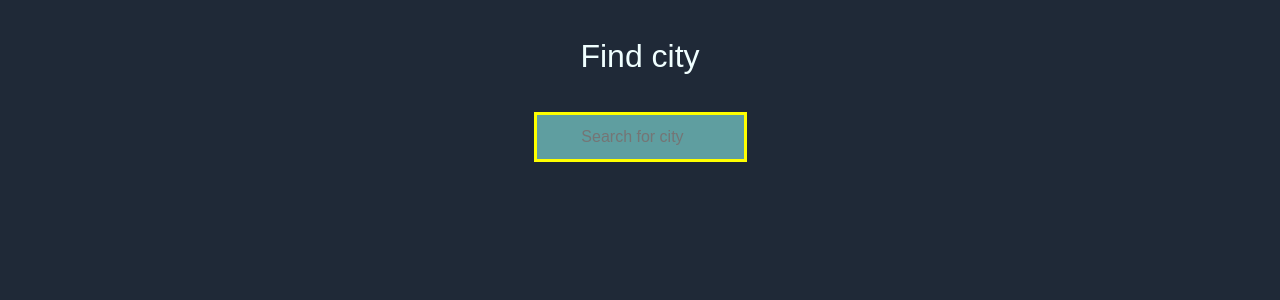
Repository: dung8466/Javascript30
Page: Pratice axios/index.html
The author's editor kept a copy of each file at every save. The page is drawn from the files as they stood at one save, then again after the next save.
The browser window is 1280 px wide. The pictures show the whole page.

Above is the page before, as saved 2022-07-20 16:14:05.

After the next save:
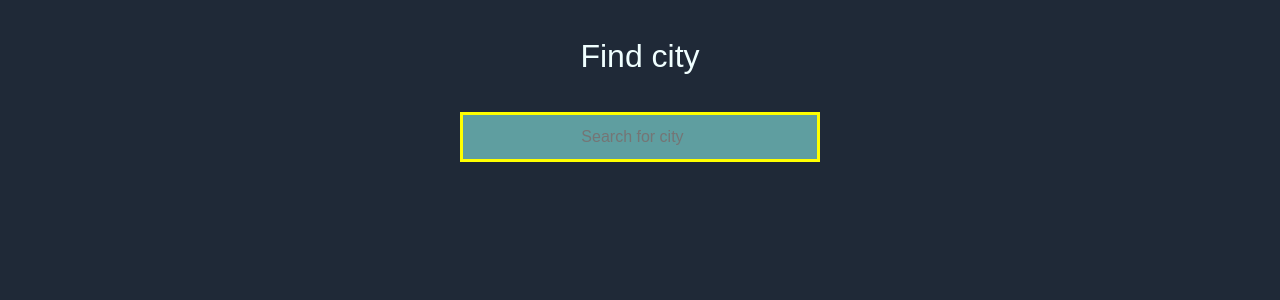
Saved 24 s later.
--- a/Pratice axios/style.css
+++ b/Pratice axios/style.css
@@ -30,5 +30,5 @@ header{
     border: 3px solid yellow;
     background-color: cadetblue;
     min-height: 7vh;
-    min-width: 20vh;
+    min-width: 50vh;
 }
